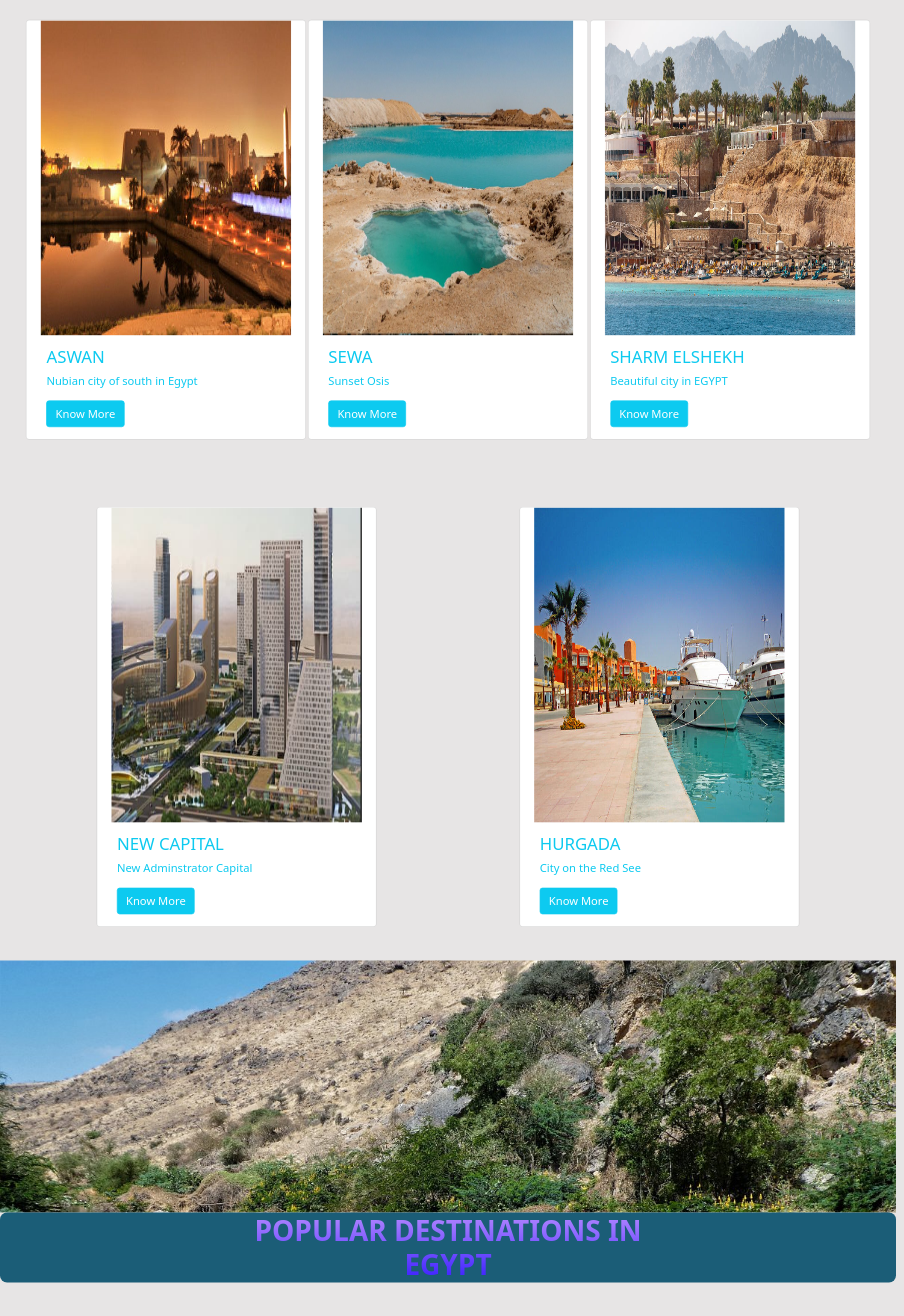
Repository: Ahmed123rezk123/P-temp
Page: index.html
These files come from the project's save history. The page is drawn as it stood at one moment and after the next save; the edit follows.
The browser window is 1280 px wide. The page is 1292 px wide, so the pictures cover 1292 px, including what lies to the right of the window. The pictures show the part of the page from y = 4313 to 6193 px (the page is 6193 px tall), at 70% of full size.
Backgrounds fixed to the window are drawn as part of the page.

Above is the page before, as saved 2024-02-18 11:55:21.

After the next save:
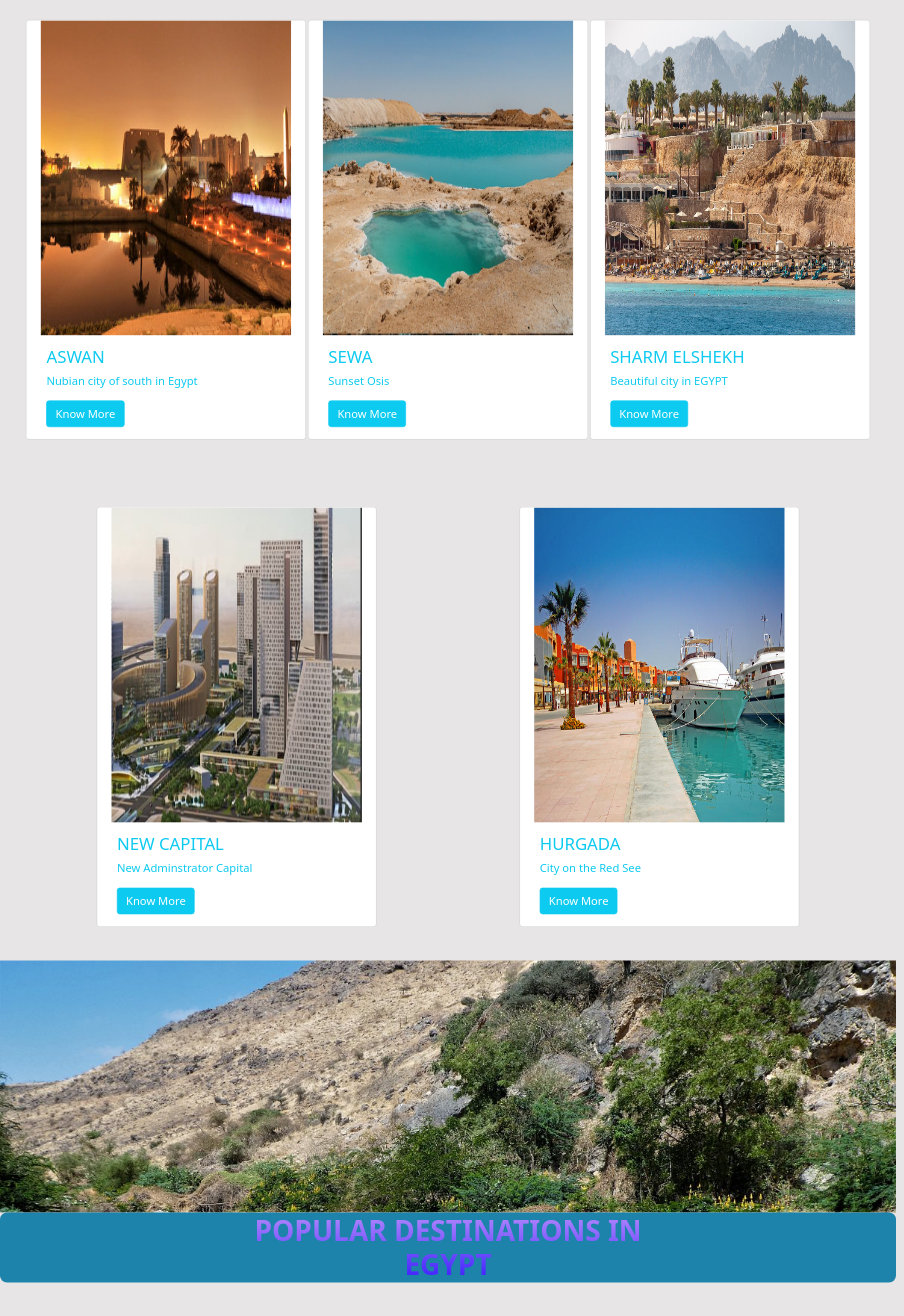
Saved 18 s later.
--- a/CSS/style.css
+++ b/CSS/style.css
@@ -326,7 +326,7 @@ background: -webkit-linear-gradient( #b387ff , rgb(57, 31, 255));
 /* Start section 15 */
 .section15 {
   height: 100px;
-  background-color: rgb(27, 93, 119);
+  background-color: rgb(30, 131, 171);
   position: relative;
   border-radius: 10px;
 }
